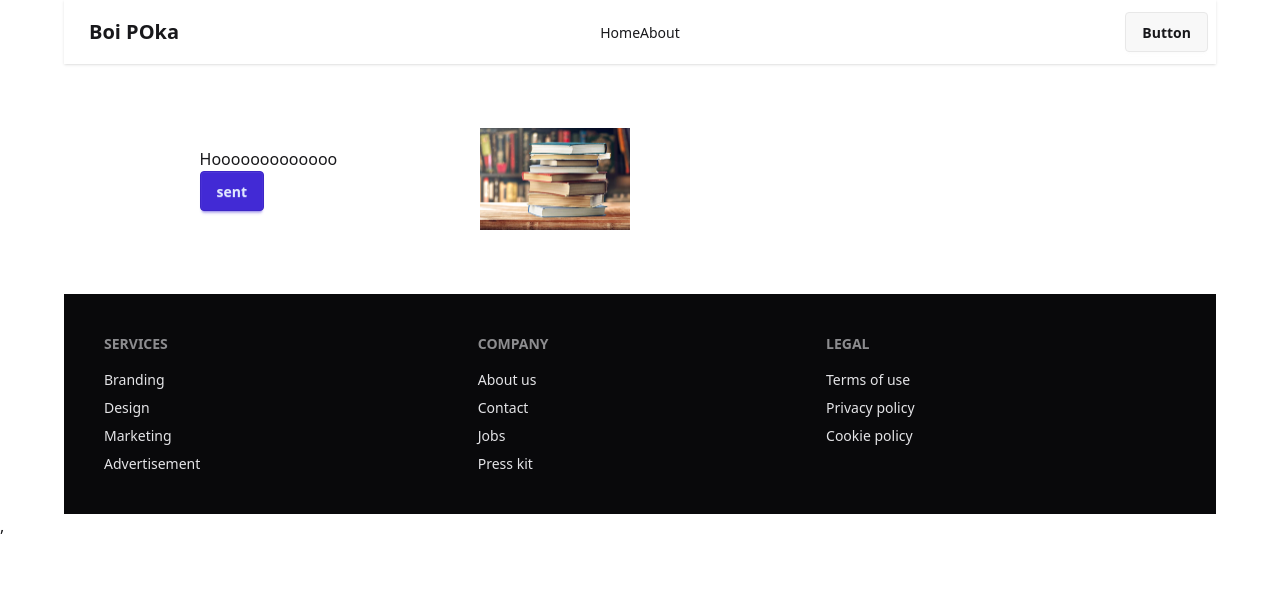
Repository: SanjidaSnigdha/Boipoka-Book-Vibe-Project
Page: /
The author's editor kept a copy of each file at every save. The page is drawn from the files as they stood at one save, then again after the next save.
The browser window is 1280 px wide. The pictures show the whole page.
The project was rebuilt for these pictures with package versions that can differ from the ones it lists, and the page was loaded fresh each time. Also part of the build but not shown: vite.config.js, src/App.css, src/App.jsx, src/Pages/Root/ErrorPage/ErrorPage.jsx.

Above is the page before, as saved 2026-05-12 11:52:06.

### index.html
<!doctype html>
<html lang="en">
  <head>
    <meta charset="UTF-8" />
    <link rel="icon" type="image/svg+xml" href="/favicon.svg" />
    <meta name="viewport" content="width=device-width, initial-scale=1.0" />
    <title>boipuka</title>
  </head>
  <body>
    <div id="root"></div>
    <script type="module" src="/src/main.jsx"></script>
  </body>
</html>

### src/main.jsx
import { StrictMode } from 'react'
import { createRoot } from 'react-dom/client'
import './index.css'
import App from './App.jsx'
import {
  RouterProvider,
} from "react-router";
import { router } from './Routes/Routes.jsx';




createRoot(document.getElementById('root')).render(
  <StrictMode>
     <RouterProvider router={router} />,
  </StrictMode>,
)

### src/index.css
@import "tailwindcss";
@plugin "daisyui" {
themes : light --default, dark --prefersdark;
themes: light --default;
}
   dark mode to light mode ( index.css)

### src/Routes/Routes.jsx
import React from 'react';
import {
  createBrowserRouter,
} from "react-router";
import Root from '../Pages/Root/Root';
import ErrorPage from '../Pages/Root/ErrorPage/ErrorPage';
import { Component } from 'react';
import Home from '../Pages/Home/Home';

 export const router = createBrowserRouter([
  {
    path: "/",
    Component: Root,
    errorElement: <ErrorPage></ErrorPage>,
    children: [
      {
      index: true,
      path: '/',
      Component: Home

    },
  ],
},
]);

### src/Pages/Root/Root.jsx
import React from 'react';
import Navbar from '../../Components/Header/Navbar/Navbar';
import { Outlet } from 'react-router';
import Footer from '../../Components/Footer/Footer';

const Root = () => {
    return (
        <div className='max-w-6xl mx-auto'>
            <Navbar></Navbar>
            <Outlet></Outlet>
            <Footer></Footer>

        </div>
    );
};

export default Root;

### src/Pages/Home/Home.jsx
import React from 'react';
import Banner from '../../Components/Banner/Banner';

const Home = () => {
    return (
        <div>
            <Banner></Banner>
        </div>
    );
};

export default Home;

### src/Components/Header/Navbar/Navbar.jsx
import React from 'react';

const Navbar = () => {
    const links = <>
      <li>Home</li>
      <li>About</li>
    </>
    return (
        <div className="navbar bg-base-100 shadow-sm">
  <div className="navbar-start">
    <div className="dropdown">
      <div tabIndex={0} role="button" className="btn btn-ghost lg:hidden">
        <svg xmlns="http://www.w3.org/2000/svg" className="h-5 w-5" fill="none" viewBox="0 0 24 24" stroke="currentColor"> <path strokeLinecap="round" strokeLinejoin="round" strokeWidth="2" d="M4 6h16M4 12h8m-8 6h16" /> </svg>
      </div>
      <ul
        tabIndex="-1"
        className="menu menu-sm dropdown-content bg-base-100 rounded-box z-1 mt-3 w-52 p-2 shadow">
       {links}
      </ul>
    </div>
    <a className="btn btn-ghost text-xl">Boi POka</a>
  </div>
  <div className="navbar-center hidden lg:flex">
    <ul className="menu menu-horizontal px-1">
      {links}
    </ul>
  </div>
  <div className="navbar-end">
    <a className="btn">Button</a>
  </div>
</div>
    );
};

export default Navbar;

### src/Components/Footer/Footer.jsx
import React from 'react';

const Footer = () => {
    return (
        <footer className="footer sm:footer-horizontal bg-neutral text-neutral-content p-10">
  <nav>
    <h6 className="footer-title">Services</h6>
    <a className="link link-hover">Branding</a>
    <a className="link link-hover">Design</a>
    <a className="link link-hover">Marketing</a>
    <a className="link link-hover">Advertisement</a>
  </nav>
  <nav>
    <h6 className="footer-title">Company</h6>
    <a className="link link-hover">About us</a>
    <a className="link link-hover">Contact</a>
    <a className="link link-hover">Jobs</a>
    <a className="link link-hover">Press kit</a>
  </nav>
  <nav>
    <h6 className="footer-title">Legal</h6>
    <a className="link link-hover">Terms of use</a>
    <a className="link link-hover">Privacy policy</a>
    <a className="link link-hover">Cookie policy</a>
  </nav>
</footer>
    );
};

export default Footer;

### src/Components/Banner/Banner.jsx
import React from 'react';
import bookImage from '../../assets/books.jpg'

const Banner = () => {
    return (
        <div className='flex justify-around items-center p-16 w-full'>
            <diV>
            <h1>Hooooooooooooo</h1>
            <button className='btn btn-primary'>sent</button>
            </diV>
            <div>
               <img className='w-3/12' src={bookImage} alt="" />
            </div>
        </div>
    );
};

export default Banner;

After the next save:
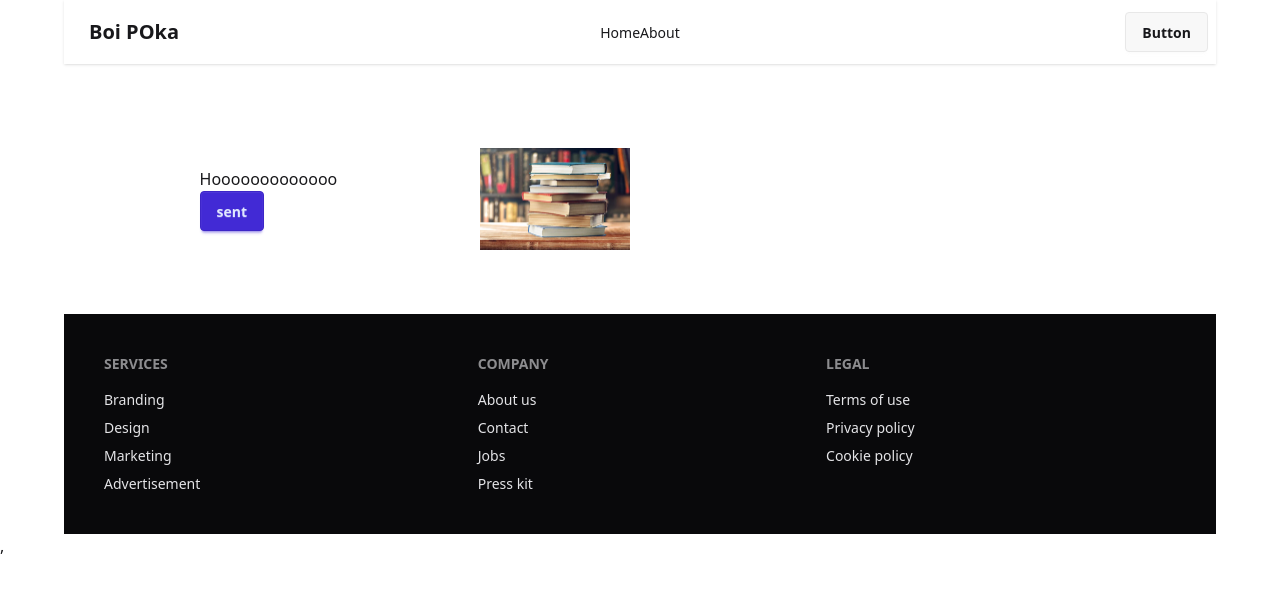
Saved 5 min 42 s later.
--- a/src/Components/Banner/Banner.jsx
+++ b/src/Components/Banner/Banner.jsx
@@ -3,7 +3,7 @@ import bookImage from '../../assets/books.jpg'
 
 const Banner = () => {
     return (
-        <div className='flex justify-around items-center p-16 w-full'>
+        <div className='flex justify-around items-center p-16 w-full mt-5'>
             <diV>
             <h1>Hooooooooooooo</h1>
             <button className='btn btn-primary'>sent</button>
